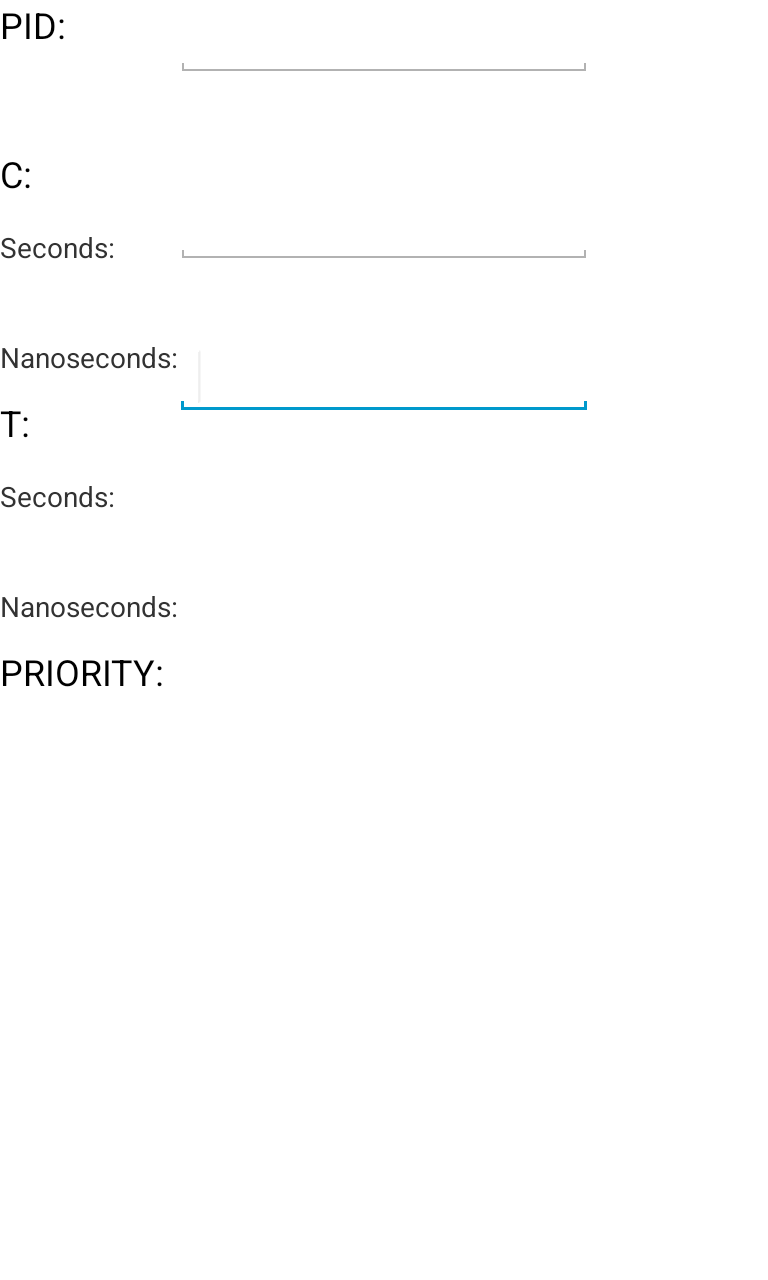
Repository: ankitC/taskmon
Layout: taskmon/res/layout/activity_set_reserve.xml
An editor plug-in stored every save of this project. The layout is shown before and after the next save, followed by the edit.
It is drawn on a 768 x 1280 px phone screen (xhdpi) without system bars, with theme AppTheme; the app's code is not run.

Above is the layout before, as saved 2013-10-07 02:26:31.

### taskmon/res/layout/activity_set_reserve.xml
<RelativeLayout xmlns:android="http://schemas.android.com/apk/res/android"
    android:layout_width="fill_parent"
    android:layout_height="fill_parent" >

    <TextView
        android:id="@+id/textView1"
        android:layout_width="wrap_content"
        android:layout_height="wrap_content"
        android:layout_alignParentLeft="true"
        android:layout_alignParentTop="true"
        android:text="@string/pid"
        android:textAppearance="?android:attr/textAppearanceMedium" />

    <TextView
        android:id="@+id/textView2"
        android:layout_width="wrap_content"
        android:layout_height="wrap_content"
        android:layout_alignParentLeft="true"
        android:layout_below="@+id/textView1"
        android:layout_marginTop="50dp"
        android:text="@string/c"
        android:textAppearance="?android:attr/textAppearanceMedium" />

    <TextView
        android:id="@+id/textView3"
        android:layout_width="wrap_content"
        android:layout_height="wrap_content"
        android:layout_alignParentLeft="true"
        android:layout_below="@+id/textView2"
        android:layout_marginTop="100dp"
        android:text="@string/t"
        android:textAppearance="?android:attr/textAppearanceMedium" />

    <TextView
        android:id="@+id/textView4"
        android:layout_width="wrap_content"
        android:layout_height="wrap_content"
        android:layout_alignParentLeft="true"
        android:layout_below="@+id/textView3"
        android:layout_marginTop="100dp"
        android:text="@string/priority"
        android:textAppearance="?android:attr/textAppearanceMedium" />

    <TextView
        android:id="@+id/textView5"
        android:layout_width="wrap_content"
        android:layout_height="wrap_content"
        android:layout_alignParentLeft="true"
        android:layout_below="@+id/textView2"
        android:layout_marginTop="15dp"
        android:text="@string/seconds" />

    <TextView
        android:id="@+id/textView6"
        android:layout_width="wrap_content"
        android:layout_height="wrap_content"
        android:layout_alignParentLeft="true"
        android:layout_below="@+id/textView2"
        android:layout_marginTop="70dp"
        android:text="@string/nanoSeconds" />

    <TextView
        android:id="@+id/textView7"
        android:layout_width="wrap_content"
        android:layout_height="wrap_content"
        android:layout_alignParentLeft="true"
        android:layout_below="@+id/textView3"
        android:layout_marginTop="15dp"
        android:text="@string/seconds" />

    <TextView
        android:id="@+id/textView8"
        android:layout_width="wrap_content"
        android:layout_height="wrap_content"
        android:layout_alignParentLeft="true"
        android:layout_below="@+id/textView3"
        android:layout_marginTop="70dp"
        android:text="@string/nanoSeconds" />

    <EditText
        android:id="@+id/editText1"
        android:layout_width="wrap_content"
        android:layout_height="wrap_content"
        android:layout_alignParentTop="true"
        android:layout_centerHorizontal="true"
        android:ems="10"
        android:inputType="numberDecimal" />

    <EditText
        android:id="@+id/editText2"
        android:layout_width="wrap_content"
        android:layout_height="wrap_content"
        android:layout_alignBottom="@+id/textView5"
        android:layout_alignLeft="@+id/editText1"
        android:ems="10"
        android:inputType="numberDecimal" />

    <EditText
        android:id="@+id/editText3"
        android:layout_width="wrap_content"
        android:layout_height="wrap_content"
        android:layout_alignLeft="@+id/editText2"
        android:layout_alignTop="@+id/textView6"
        android:ems="10"
        android:inputType="numberDecimal" >

        <requestFocus />
    </EditText>

</RelativeLayout>

### taskmon/res/values/strings.xml
<?xml version="1.0" encoding="utf-8"?>
<resources>

    <string name="app_name">taskmon</string>
    <string name="action_settings">Settings</string>
    <string name="hello_world">Hello world!</string>
    <string name="setReserve">Set Reserve</string>
    <string name="cancelReserve">Cancel Reserve</string>
    <string name="title_activity_set_reserve">SetReserveActivity</string>
    <string name="title_activity_cancel_reserve">CancelReserveActivity</string>
    <string name="pid">PID:</string>
    <string name="c">C:</string>
    <string name="t">T:</string>
    <string name="priority">PRIORITY:</string>
    <string name="seconds">Seconds:</string>
    <string name="nanoSeconds">Nanoseconds:</string>

</resources>

Loaded but not shown: taskmon/res/values/styles.xml (common file); taskmon/res/values-v11/styles.xml (common file); taskmon/res/values-v14/styles.xml (common file)

After the next save:
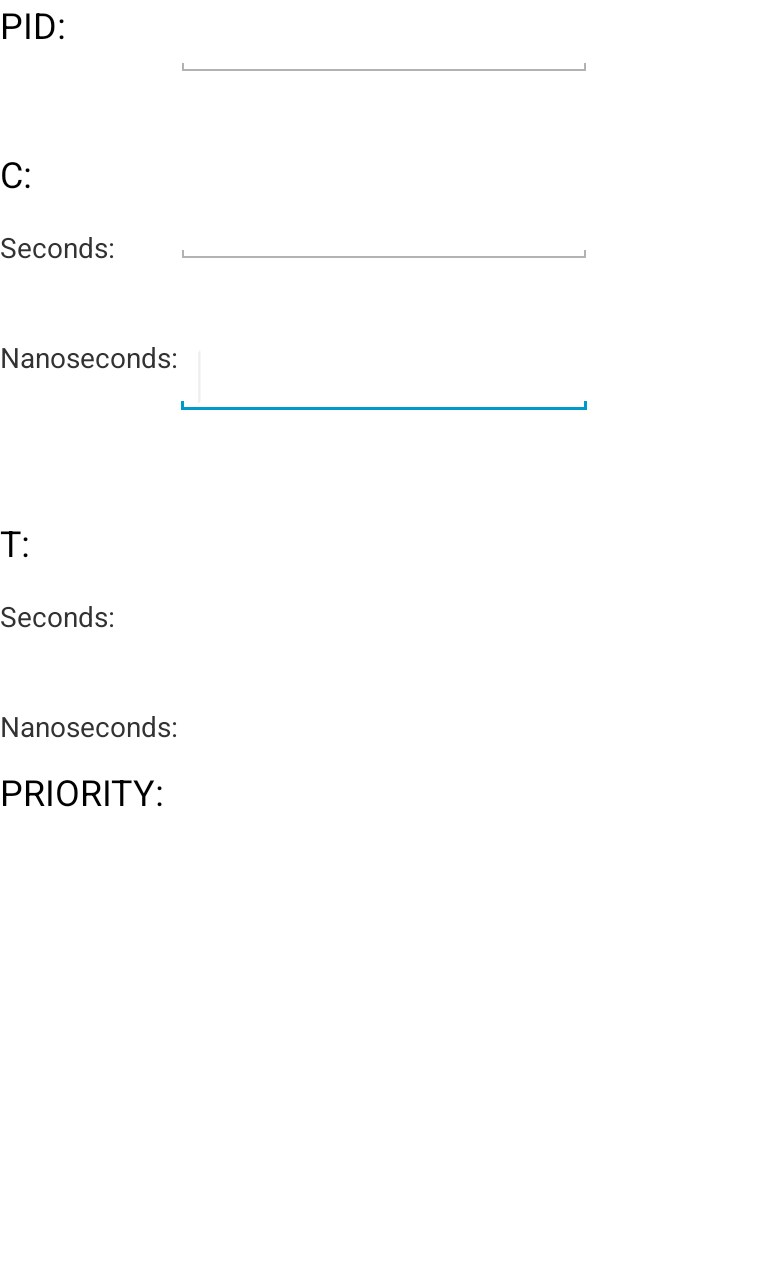
Saved 40 s later.
--- a/taskmon/res/layout/activity_set_reserve.xml
+++ b/taskmon/res/layout/activity_set_reserve.xml
@@ -27,7 +27,7 @@
         android:layout_height="wrap_content"
         android:layout_alignParentLeft="true"
         android:layout_below="@+id/textView2"
-        android:layout_marginTop="100dp"
+        android:layout_marginTop="160dp"
         android:text="@string/t"
         android:textAppearance="?android:attr/textAppearanceMedium" />
 
